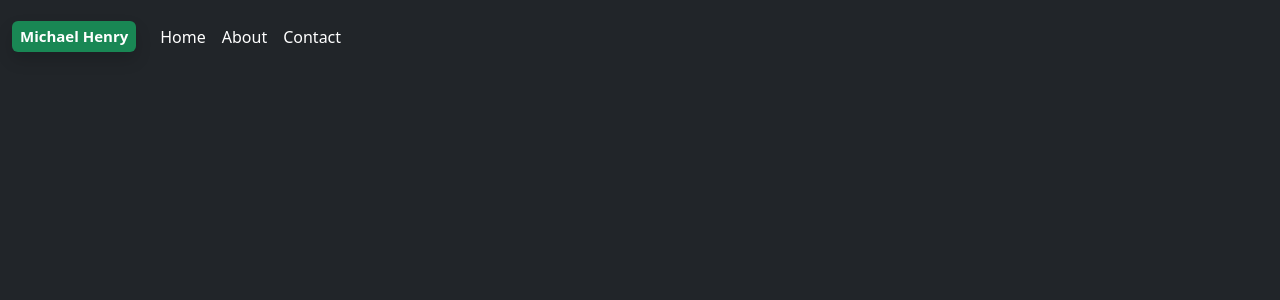
Repository: kenyi-mic/Portfolio_bootstrap
Page: index.html
These files come from the project's save history. The page is drawn as it stood at one moment and after the next save; the edit follows.
The browser window is 1280 px wide. The pictures show the whole page.

Above is the page before, as saved 2022-11-25 13:26:42.

After the next save:
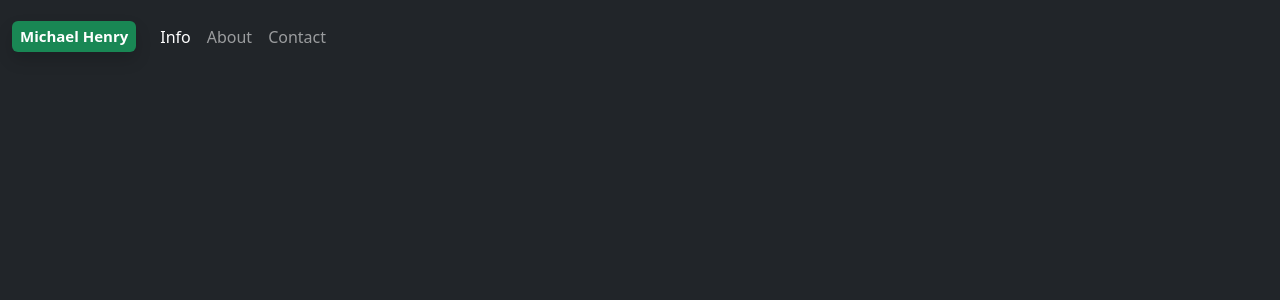
Saved 44 s later.
--- a/index.html
+++ b/index.html
@@ -24,9 +24,9 @@
             <div class="collapse navbar-collapse" id="navbarMain">
                 <ul class="navbar-nav me-auto mb-2 mb-lg-0" style="z-index:10">
                     <li class="nav-item"><a href="" data-bs-toggle="collapse" data-bs-target="multi-collapse"
-                            aria-expanded="false" aria-control="about contact" class="nav-link active">Home</a></li>
-                    <li class="nav-item"><a href="" class="nav-link active">About</a></li>
-                    <li class="nav-item"><a href="" class="nav-link active">Contact</a></li>
+                            aria-expanded="false" aria-control="about contact" class="nav-link active">Info</a></li>
+                    <li class="nav-item"><a href="" class="nav-link">About</a></li>
+                    <li class="nav-item"><a href="" class="nav-link">Contact</a></li>
                 </ul>
             </div>
         </div>
